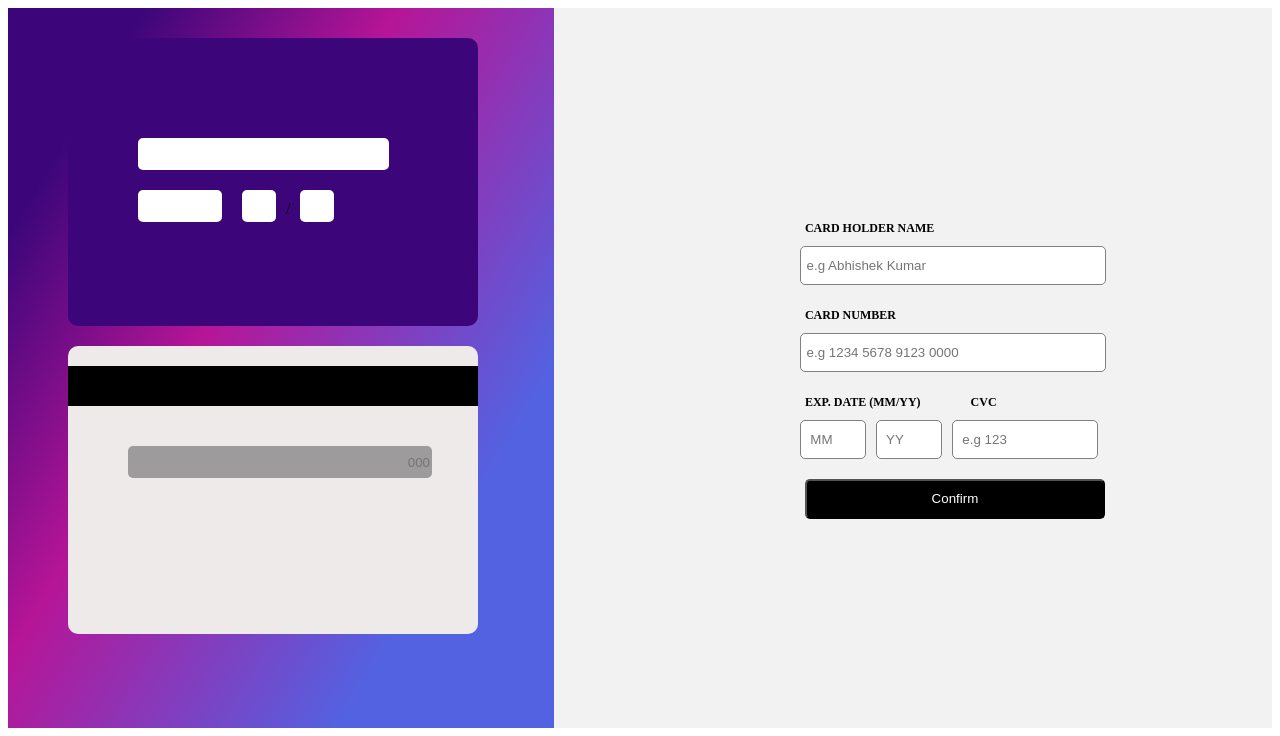
Repository: Abhi2359/frontendchallenge-1
Page: /
These files come from the project's save history. The page is drawn as it stood at one moment and after the next save; the edit follows.
The browser window is 1280 px wide. The pictures show the whole page.
The project was rebuilt for these pictures with package versions that can differ from the ones it lists, and the page was loaded fresh each time.

Above is the page before, as saved 2023-02-15 20:45:49.

After the next save:
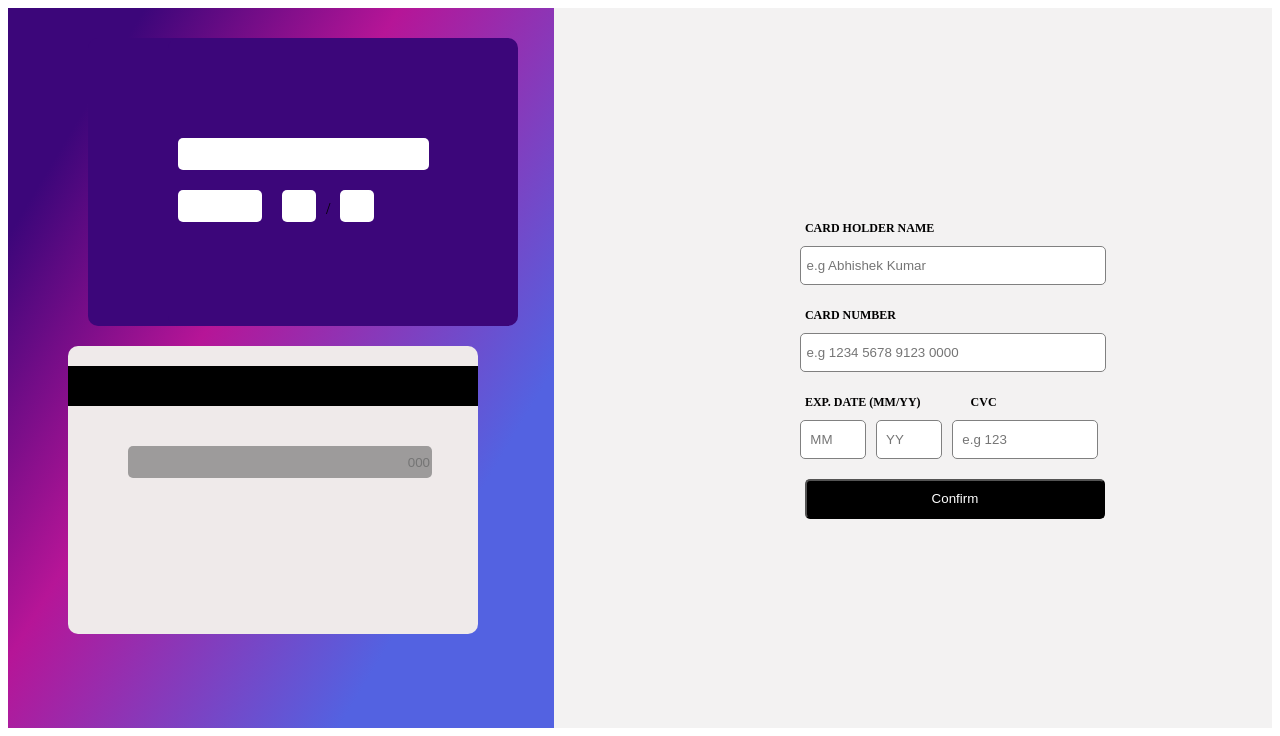
Saved 9 s later.
--- a/src/components/Layout/layout.css
+++ b/src/components/Layout/layout.css
@@ -93,7 +93,7 @@ margin-left: 100px;
 
 .card1{
     margin-top: 20px;
-    margin-left: 60px;
+    margin-left: 80px;
 
 
 
